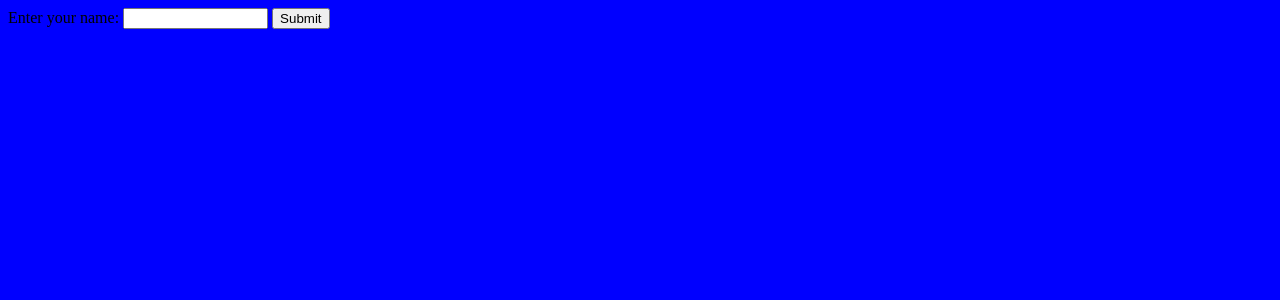
Repository: spgajjal/Day10
Page: HelloWorld/WebContent/home.html
An editor plug-in stored every save of this project. The page is shown before and after the next save, followed by the edit.
The browser window is 1280 px wide. The pictures show the whole page.

Above is the page before, as saved 2018-09-05 09:43:15.

### HelloWorld/WebContent/home.html
<!DOCTYPE html>
<html>
<head>
<meta charset="ISO-8859-1">
<title>Home Page</title>
</head>
<body bgcolor="blue">
<!--  <a href="Hello">Click Here</a> -->
<form action="greet">
<label>Enter your name:</label>
<input type="Text" name="username" size="15"/>
<input type="submit"/>


</form>
</body>
</html>

After the next save:
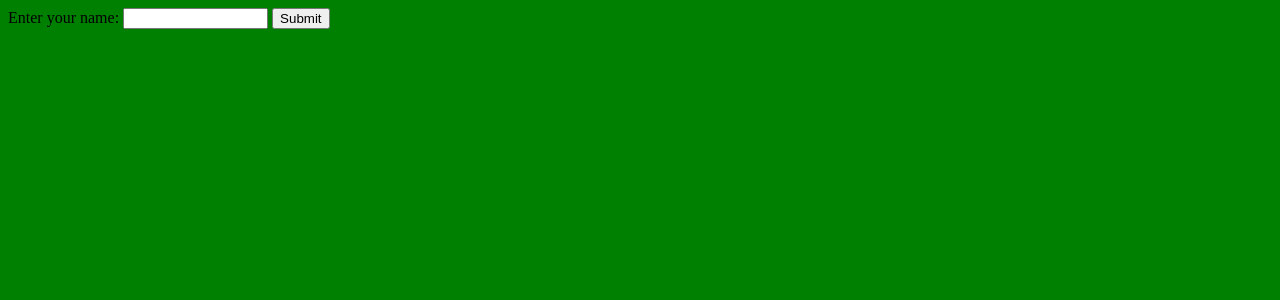
Saved 27 s later.
--- a/HelloWorld/WebContent/home.html
+++ b/HelloWorld/WebContent/home.html
@@ -4,9 +4,9 @@
 <meta charset="ISO-8859-1">
 <title>Home Page</title>
 </head>
-<body bgcolor="blue">
+<body bgcolor="green">
 <!--  <a href="Hello">Click Here</a> -->
-<form action="greet">
+<form action="Greet" method="post">
 <label>Enter your name:</label>
 <input type="Text" name="username" size="15"/>
 <input type="submit"/>
